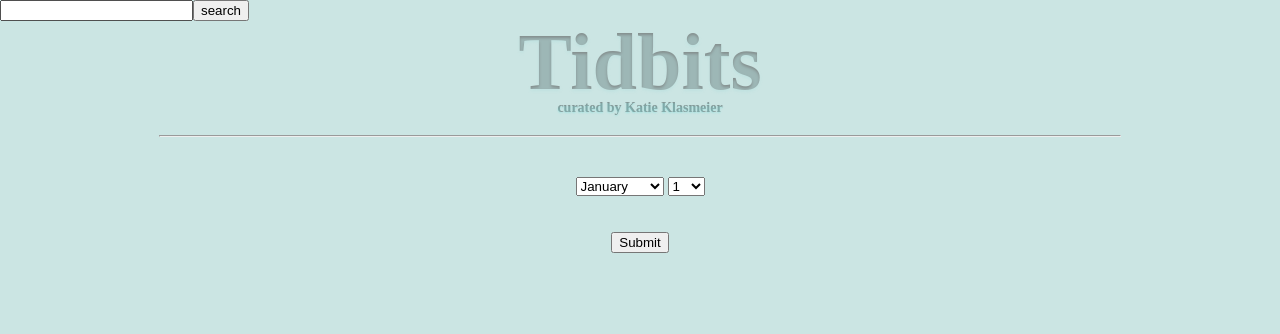
Repository: kklasmei/kklasmei.github.io
Page: tidbits/home.html
The author's editor kept a record of every edit. The page is drawn from the files as they stood at one moment, then again after the next edit.
The browser window is 1280 px wide. The pictures show the whole page.

Above is the page before.

After the next edit:
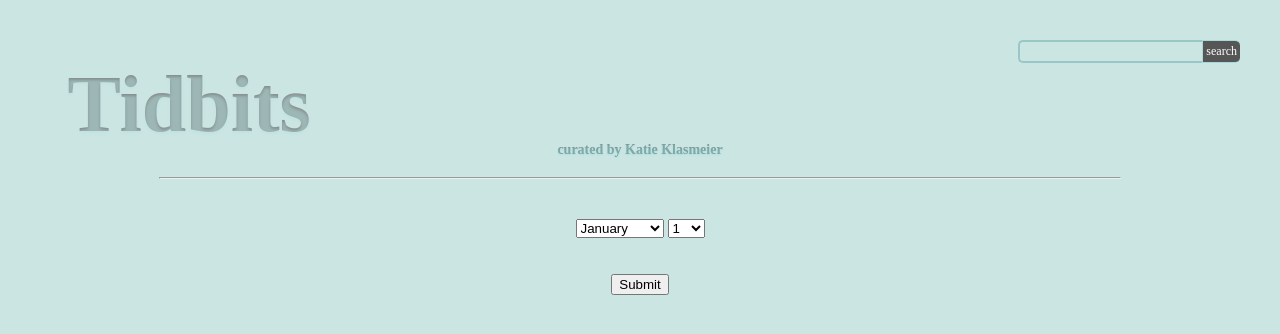
The edit:
--- a/tidbits/home.html
+++ b/tidbits/home.html
@@ -4,9 +4,9 @@
         <link rel="stylesheet" href="tidbits.css">
     </head>
     <body>
-        	<div id="tfheader">
-		<form id="tfnewsearch" method="get" action="http://www.google.com">
-		        <input type="text" class="tftextinput" name="q" size="21" maxlength="120"><input type="submit" value="search" class="tfbutton">
+        	<div id="search">
+		<form id="searchbody" method="get" action="http://kklasmei.github.io/tidbits/home.html?q=Katie">
+		        <input type="text" class="bar" name="q" size="21" maxlength="120"><input type="submit" value="search" class="button">
 		</form>
 	<div class="tfclear"></div>
 	</div>
